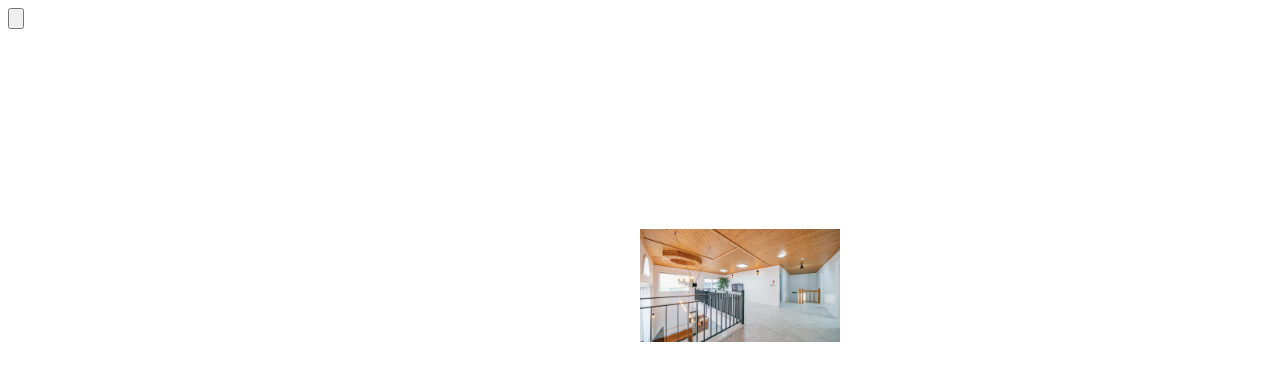
Repository: balsohn/adminshop
Page: http://localhost/jquery/0805/slide.jsp
The author's editor kept a copy of each file at every save. The page is drawn from the files as they stood at one save, then again after the next save.
The browser window is 1280 px wide. The pictures show the whole page.
The page is served by Tomcat 9.

Above is the page before, as saved 2024-08-23 04:01:12.

### work/jquery/src/main/webapp/0805/slide.jsp
<%@ page language="java" contentType="text/html; charset=UTF-8"
    pageEncoding="UTF-8"%>
<!DOCTYPE html>
<html>
<head>
<meta charset="UTF-8">
<title>Insert title here</title>
<script src="https://code.jquery.com/jquery-latest.js"></script>
<script>
	$(function() {
		$
	})
</script>
<style>
	section {position:relative; left:50%; top:200px; width:200px; height:113px; overflow: hidden; display:flex;}
	img {width:200px; height: auto;}
</style>
</head>
<body>
<input type="button" id="btn1">
	<section>
		<img src="1-1.jpg">
		<img src="1-2.jpg">
		<img src="1-3.jpg">
		<img src="1-4.jpg">
		<img src="1-5.jpg">
		<img src="1-6.jpg">
		<img src="1-7.jpg">
	</section>
</body>
</html>

After the next save:
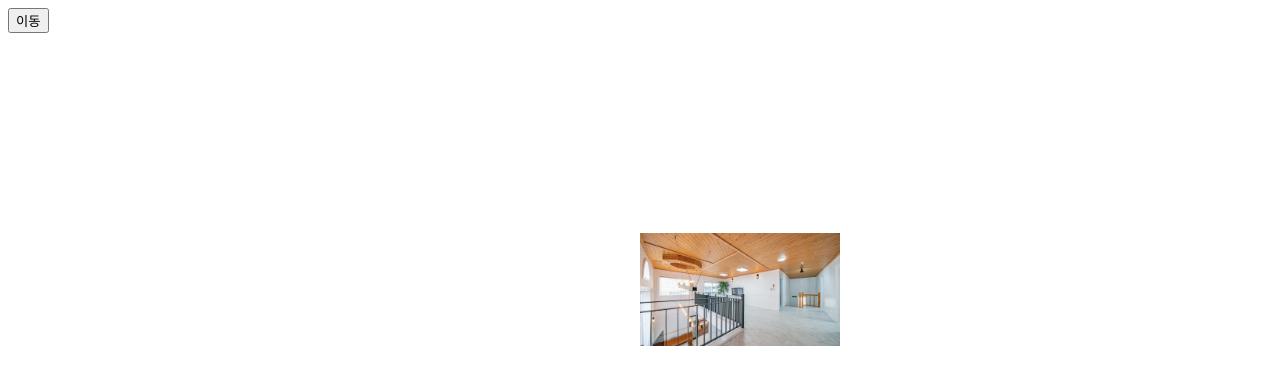
Saved 6 s later.
--- a/work/jquery/src/main/webapp/0805/slide.jsp
+++ b/work/jquery/src/main/webapp/0805/slide.jsp
@@ -17,7 +17,7 @@
 </style>
 </head>
 <body>
-<input type="button" id="btn1">
+<input type="button" id="btn1" value="이동">
 	<section>
 		<img src="1-1.jpg">
 		<img src="1-2.jpg">
